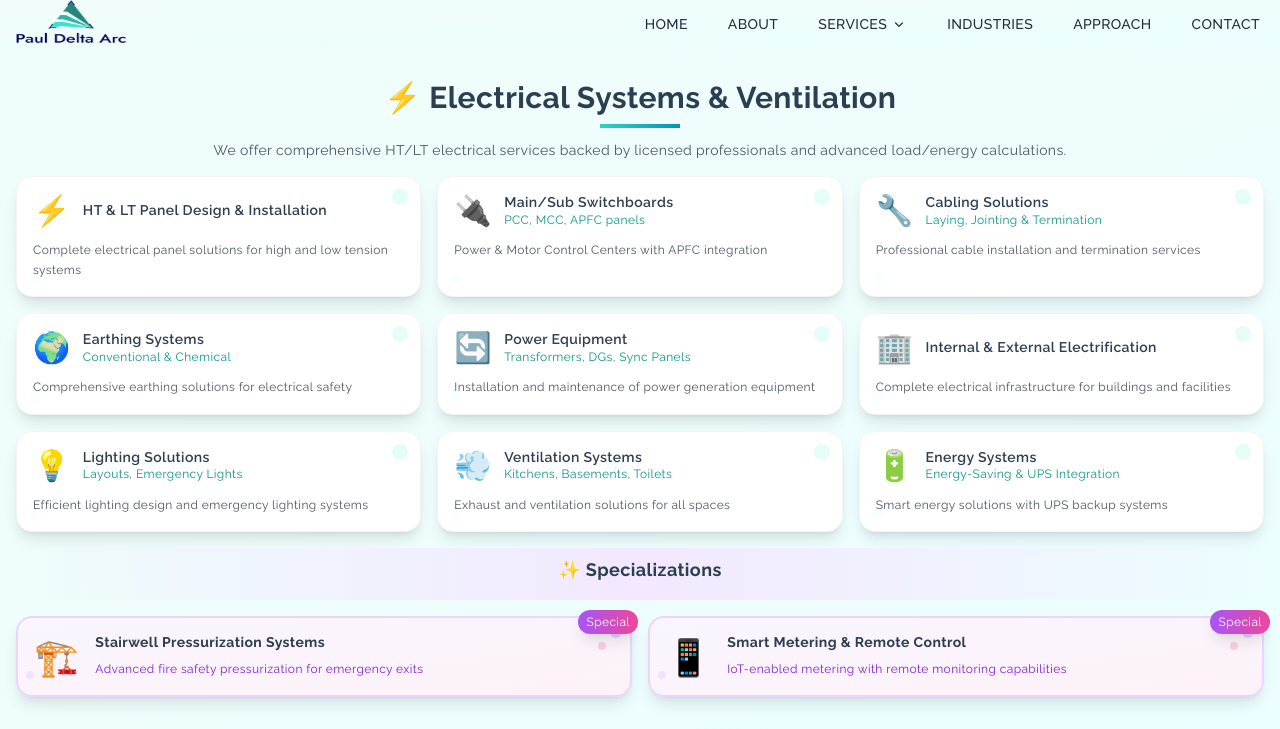
Repository: AnupriyaBiswas/PaulDeltaArc
Page: /ElectricalSystemsVentilation
These files come from the project's save history. The page is drawn as it stood at one moment and after the next save; the edit follows.
The browser window is 1280 px wide. The pictures show the whole page.
The project was rebuilt for these pictures with package versions that can differ from the ones it lists, and the page was loaded fresh each time. The framework's server and built-in components were replaced by stand-ins that run in the browser. Also part of the build but not shown: next.config.js.

Above is the page before, as saved 2025-07-07 19:11:22.

### pages/ElectricalSystemsVentilation.jsx
import React, { useState, useEffect } from 'react';

const ElectricalSystemsVentilation = () => {
  const [hasMounted, setHasMounted] = useState(false);

  useEffect(() => {
    setHasMounted(true);
  }, []);

  if (!hasMounted) return null;

  const scopeServices = [
    { icon: "⚡", title: "HT & LT Panel Design & Installation", description: "Complete electrical panel solutions for high and low tension systems" },
    { icon: "🔌", title: "Main/Sub Switchboards", subtitle: "PCC, MCC, APFC panels", description: "Power & Motor Control Centers with APFC integration" },
    { icon: "🔧", title: "Cabling Solutions", subtitle: "Laying, Jointing & Termination", description: "Professional cable installation and termination services" },
    { icon: "🌍", title: "Earthing Systems", subtitle: "Conventional & Chemical", description: "Comprehensive earthing solutions for electrical safety" },
    { icon: "🔄", title: "Power Equipment", subtitle: "Transformers, DGs, Sync Panels", description: "Installation and maintenance of power generation equipment" },
    { icon: "🏢", title: "Internal & External Electrification", description: "Complete electrical infrastructure for buildings and facilities" },
    { icon: "💡", title: "Lighting Solutions", subtitle: "Layouts, Emergency Lights", description: "Efficient lighting design and emergency lighting systems" },
    { icon: "💨", title: "Ventilation Systems", subtitle: "Kitchens, Basements, Toilets", description: "Exhaust and ventilation solutions for all spaces" },
    { icon: "🔋", title: "Energy Systems", subtitle: "Energy-Saving & UPS Integration", description: "Smart energy solutions with UPS backup systems" }
  ];

  const specializations = [
    { icon: "🏗️", title: "Stairwell Pressurization Systems", description: "Advanced fire safety pressurization for emergency exits" },
    { icon: "📱", title: "Smart Metering & Remote Control", description: "IoT-enabled metering with remote monitoring capabilities" }
  ];

  return (
    <div id='electrical-systems-ventilation' className='w-full bg-gradient-to-br from-teal-50 to-cyan-50 py-4 min-h-screen flex items-center' style={{paddingTop: '80px'}}>
      <div className='max-w-[1400px] mx-auto px-4 w-full'>
        {/* Header Section */}
        <div className='text-center mb-4'>
          <h2 className='text-3xl font-bold text-[#2c3e50] mb-2'>
            ⚡ Electrical Systems & Ventilation
          </h2>
          <div className='w-20 h-1 bg-gradient-to-r from-teal-400 to-cyan-600 mx-auto mb-3'></div>
          <p className='text-gray-600 text-sm max-w-5xl mx-auto'>
            We offer comprehensive HT/LT electrical services backed by licensed professionals and advanced load/energy calculations.
          </p>
        </div>

        {/* Main Services Section */}
        <div className='mb-4'>
          <div className='grid grid-cols-1 md:grid-cols-2 lg:grid-cols-3 gap-4'>
            {scopeServices.map((service, index) => (
              <div
                key={index}
                className='group relative bg-white p-4 rounded-2xl shadow-lg hover:shadow-2xl transition-all duration-300 transform hover:-translate-y-2 border border-gray-100 min-w-[280px]'
              >
                {/* Background gradient on hover */}
                <div className='absolute inset-0 bg-gradient-to-br from-teal-400 to-cyan-600 rounded-2xl opacity-0 group-hover:opacity-100 transition-opacity duration-300'></div>

                {/* Content */}
                <div className='relative z-10'>
                  <div className='flex items-center mb-3'>
                    <div className='text-3xl mr-3 group-hover:scale-110 transition-transform duration-300'>
                      {service.icon}
                    </div>
                    <div>
                      <h3 className='text-sm font-semibold text-[#2c3e50] group-hover:text-white transition-colors duration-300 leading-tight'>
                        {service.title}
                      </h3>
                      {service.subtitle && (
                        <p className='text-xs text-teal-600 group-hover:text-teal-100 transition-colors duration-300'>
                          {service.subtitle}
                        </p>
                      )}
                    </div>
                  </div>

                  <p className='text-xs text-gray-600 group-hover:text-gray-100 transition-colors duration-300 leading-relaxed'>
                    {service.description}
                  </p>
                </div>

                {/* Decorative elements */}
                <div className='absolute top-3 right-3 w-4 h-4 bg-teal-100 rounded-full opacity-50 group-hover:opacity-0 transition-opacity duration-300'></div>
                <div className='absolute bottom-3 left-3 w-3 h-3 bg-cyan-50 rounded-full opacity-30 group-hover:opacity-0 transition-opacity duration-300'></div>
              </div>
            ))}
          </div>
        </div>

        {/* Specializations Section - Special Style */}
        <div className='mb-4'>
          {/* Special Header with Enhanced Styling */}
          <div className='text-center mb-4 relative'>
            <div className='absolute inset-0 bg-gradient-to-r from-transparent via-purple-100 to-transparent h-full'></div>
            <div className='relative z-10 py-2'>
              <h3 className='text-lg font-bold text-[#2c3e50] mb-2'>
                ✨ Specializations
              </h3>
            </div>
          </div>

          {/* Horizontal Layout for Specializations */}
          <div className='grid grid-cols-1 md:grid-cols-2 gap-4'>
            {specializations.map((spec, index) => (
              <div
                key={index}
                className='group relative bg-gradient-to-br from-purple-50 to-pink-50 p-4 rounded-2xl shadow-lg hover:shadow-2xl transition-all duration-500 transform hover:-translate-y-2 border-2 border-purple-200 hover:border-purple-300'
              >
                {/* Animated Background */}
                <div className='absolute inset-0 bg-gradient-to-br from-purple-500 to-pink-500 rounded-2xl opacity-0 group-hover:opacity-100 transition-opacity duration-500'></div>

                {/* Sparkle Effects */}
                <div className='absolute top-2 right-2 w-3 h-3 bg-purple-300 rounded-full opacity-70 group-hover:opacity-0 transition-opacity duration-300 animate-pulse'></div>
                <div className='absolute top-6 right-6 w-2 h-2 bg-pink-300 rounded-full opacity-50 group-hover:opacity-0 transition-opacity duration-300 animate-pulse' style={{animationDelay: '0.5s'}}></div>
                <div className='absolute bottom-4 left-2 w-2 h-2 bg-purple-200 rounded-full opacity-60 group-hover:opacity-0 transition-opacity duration-300 animate-pulse' style={{animationDelay: '1s'}}></div>

                {/* Content */}
                <div className='relative z-10 flex items-center'>
                  <div className='text-4xl mr-4 group-hover:scale-110 transition-transform duration-500 filter group-hover:drop-shadow-lg'>
                    {spec.icon}
                  </div>
                  <div className='flex-1'>
                    <h3 className='text-sm font-bold text-[#2c3e50] group-hover:text-white transition-colors duration-300 mb-2 leading-tight'>
                      {spec.title}
                    </h3>
                    <p className='text-xs text-purple-700 group-hover:text-purple-100 transition-colors duration-300 leading-relaxed'>
                      {spec.description}
                    </p>
                  </div>
                </div>

                {/* Special Badge */}
                <div className='absolute -top-2 -right-2 bg-gradient-to-r from-purple-500 to-pink-500 text-white text-xs px-2 py-1 rounded-full shadow-lg group-hover:scale-110 transition-transform duration-300'>
                  Special
                </div>
              </div>
            ))}
          </div>
        </div>
      </div>
    </div>
  );
};

export default ElectricalSystemsVentilation;

### components/Navbar.jsx
import Image from 'next/image';
import Link from 'next/link';
import React, { useState, useEffect } from 'react';
import { AiOutlineClose, AiOutlineMail, AiOutlineMenu } from 'react-icons/ai';
import { FaGithub, FaLinkedinIn } from 'react-icons/fa';
import { BsFillPersonLinesFill } from 'react-icons/bs';
import { ChevronDownIcon } from '@heroicons/react/20/solid';

import NavLogo from '../public/assets/mainLogo.png';

const Navbar = () => {
  const [nav, setNav] = useState(false);
  const [shadow, setShadow] = useState(false);
  const [linkColor, setLinkColor] = useState('#1f2937');
  const [dropdownOpen, setDropdownOpen] = useState(false);
  const [mobileDropdownOpen, setMobileDropdownOpen] = useState(false);

  const handleNav = () => {
    setNav(!nav);
  };

  useEffect(() => {
    const handleShadow = () => {
      if (window.scrollY >= 90) {
        setShadow(true);
      } else {
        setShadow(false);
      }
    };
    window.addEventListener('scroll', handleShadow);
  }, []);

  const services = [
    { name: 'Fire Protection & Detection Systems', link: '/#fire-protection-systems' },
    { name: 'Electrical Systems & Ventilation', link: '/#electrical-systems-ventilation' },
    { name: 'Plumbing & Public Health Engineering', link: '/#plumbing-public-health' },
    { name: 'Building Automation & Smart Controls', link: '/#building-automation' },
    { name: 'Surveillance, Intercom & Access Control', link: '/#surveillance-intercom-access-control' },
    { name: 'Annual Maintenance Contracts', link: '/#annual-maintenance-contracts' },
  ];

  return (
    <div
      className={
        shadow
          ? 'fixed w-full h-12 shadow-2xl z-[100] ease-in-out duration-300 bg-gradient-to-br from-teal-50 to-cyan-50 bg-opacity-90 backdrop-blur-sm border-b border-gray-100'
          : 'fixed w-full h-12 z-[100] bg-gradient-to-br from-teal-50 to-cyan-50 bg-opacity-90 backdrop-blur-sm border-b border-gray-50'
      }
    >
      <div className='flex justify-between items-center w-full h-full px-4 2xl:px-16'>
        <Link href='/'>
          <a className='hover:scale-105 transition-transform duration-300'>
            <Image
              src={NavLogo}
              alt='Logo'
              width='110'
              height='47'
              className='cursor-pointer'
            />
          </a>
        </Link>

        {/* Desktop Menu */}
        <div>
          <ul style={{ color: `${linkColor}` }} className='hidden md:flex items-center'>
            <li className='ml-8 text-sm font-medium uppercase hover:text-teal-600 transition-colors duration-300'>
              <Link href='/'>
                <a className='py-2 px-1 relative group'>
                  Home
                  <span className='absolute bottom-0 left-0 w-0 h-0.5 bg-teal-600 transition-all duration-300 group-hover:w-full'></span>
                </a>
              </Link>
            </li>
            <li className='ml-8 text-sm font-medium uppercase hover:text-teal-600 transition-colors duration-300'>
              <Link href='/#about'>
                <a className='py-2 px-1 relative group'>
                  About
                  <span className='absolute bottom-0 left-0 w-0 h-0.5 bg-teal-600 transition-all duration-300 group-hover:w-full'></span>
                </a>
              </Link>
            </li>

            {/* Dropdown */}
            <li
              className='ml-8 text-sm font-medium uppercase relative group cursor-pointer'
              onMouseEnter={() => setDropdownOpen(true)}
              onMouseLeave={() => setDropdownOpen(false)}
            >
              <div className='flex items-center gap-1 py-2 px-1 hover:text-teal-600 transition-colors duration-300 relative group'>
                Services
                <ChevronDownIcon className={`w-4 h-4 transition-transform duration-300 ${dropdownOpen ? 'rotate-180' : ''}`} />
                <span className='absolute bottom-0 left-0 w-0 h-0.5 bg-teal-600 transition-all duration-300 group-hover:w-full'></span>
              </div>

              {/* Dropdown Menu */}
              <div
                className={`absolute top-full left-0 mt-2 w-80 bg-white shadow-xl rounded-xl overflow-hidden text-gray-800 z-50 border border-gray-100 transition-all duration-300 ${
                  dropdownOpen ? 'opacity-100 translate-y-0 visible' : 'opacity-0 -translate-y-2 invisible'
                }`}
                onMouseEnter={() => setDropdownOpen(true)}
                onMouseLeave={() => setDropdownOpen(false)}
              >
                <div className='py-2'>
                  {services.map((item, idx) => (
                    <Link href={item.link} key={idx}>
                      <a className='block px-6 py-3 hover:bg-gradient-to-r hover:from-teal-50 hover:to-cyan-50 hover:text-teal-700 transition-all duration-300 text-sm font-medium border-b border-gray-50 last:border-b-0'>
                        {item.name}
                      </a>
                    </Link>
                  ))}
                </div>
              </div>
            </li>

            <li className='ml-8 text-sm font-medium uppercase hover:text-teal-600 transition-colors duration-300'>
              <Link href='/#industries-we-serve'>
                <a className='py-2 px-1 relative group'>
                  Industries
                  <span className='absolute bottom-0 left-0 w-0 h-0.5 bg-teal-600 transition-all duration-300 group-hover:w-full'></span>
                </a>
              </Link>
            </li>
            <li className='ml-8 text-sm font-medium uppercase hover:text-teal-600 transition-colors duration-300'>
              <Link href='/#approach'>
                <a className='py-2 px-1 relative group'>
                  Approach
                  <span className='absolute bottom-0 left-0 w-0 h-0.5 bg-teal-600 transition-all duration-300 group-hover:w-full'></span>
                </a>
              </Link>
            </li>
            <li className='ml-8 text-sm font-medium uppercase hover:text-teal-600 transition-colors duration-300'>
              <Link href='/#contact'>
                <a className='py-2 px-1 relative group'>
                  Contact
                  <span className='absolute bottom-0 left-0 w-0 h-0.5 bg-teal-600 transition-all duration-300 group-hover:w-full'></span>
                </a>
              </Link>
            </li>
          </ul>

          {/* Hamburger */}
          <div
            style={{ color: `${linkColor}` }}
            onClick={handleNav}
            className='md:hidden p-2 rounded-lg hover:bg-gray-100 transition-colors duration-300'
          >
            <AiOutlineMenu size={28} />
          </div>
        </div>
      </div>

      {/* Mobile Menu Overlay */}
      <div className={nav ? 'md:hidden fixed left-0 top-0 w-full h-screen bg-black/70 z-50' : ''}>
        {/* Side Drawer */}
        <div
          className={
            nav
              ? 'fixed left-0 top-0 w-[85%] sm:w-[70%] md:w-[50%] h-screen bg-white p-8 ease-in duration-500 shadow-2xl'
              : 'fixed left-[-100%] top-0 p-8 ease-in duration-500'
          }
        >
          <div>
            <div className='flex w-full items-center justify-between'>
              <Link href='/'>
                <a>
                  <Image src={NavLogo} width='100' height='40' alt='Logo' />
                </a>
              </Link>
              <div
                onClick={handleNav}
                className='rounded-full shadow-lg shadow-gray-400 p-3 cursor-pointer hover:scale-105 hover:shadow-xl transition-all duration-300'
              >
                <AiOutlineClose />
              </div>
            </div>
            <div className='border-b border-gray-200 my-6'>
              <p className='w-[85%] md:w-[90%] py-4 text-gray-600 font-medium'>
                Let&#39;s build something legendary together
              </p>
            </div>
          </div>

          <div className='py-4 flex flex-col'>
            <ul className='uppercase'>
              <Link href='/'>
                <li onClick={() => setNav(false)} className='py-4 text-sm font-medium hover:text-teal-600 transition-colors duration-300 border-b border-gray-100 cursor-pointer'>
                  Home
                </li>
              </Link>
              <Link href='/#about'>
                <li onClick={() => setNav(false)} className='py-4 text-sm font-medium hover:text-teal-600 transition-colors duration-300 border-b border-gray-100 cursor-pointer'>
                  About
                </li>
              </Link>

              {/* Mobile Dropdown */}
              <li
                onClick={() => setMobileDropdownOpen(!mobileDropdownOpen)}
                className='py-4 text-sm font-medium hover:text-teal-600 transition-colors duration-300 border-b border-gray-100 cursor-pointer flex items-center justify-between'
              >
                Services
                <span className={`transform transition-transform duration-300 ${mobileDropdownOpen ? 'rotate-180' : ''}`}>
                  ▼
                </span>
              </li>
              {mobileDropdownOpen && (
                <ul className='pl-4 text-sm bg-gray-50 rounded-lg mx-2 mb-2'>
                  {services.map((item, idx) => (
                    <Link href={item.link} key={idx}>
                      <li onClick={() => setNav(false)} className='py-3 px-4 hover:text-teal-600 transition-colors duration-300 border-b border-gray-200 last:border-b-0 cursor-pointer font-medium'>
                        {item.name}
                      </li>
                    </Link>
                  ))}
                </ul>
              )}

              <Link href='/#industries-we-serve'>
                <li onClick={() => setNav(false)} className='py-4 text-sm font-medium hover:text-teal-600 transition-colors duration-300 border-b border-gray-100 cursor-pointer'>
                  Industries
                </li>
              </Link>
              <Link href='/#approach'>
                <li onClick={() => setNav(false)} className='py-4 text-sm font-medium hover:text-teal-600 transition-colors duration-300 border-b border-gray-100 cursor-pointer'>
                  Approach
                </li>
              </Link>
              <Link href='/#contact'>
                <li onClick={() => setNav(false)} className='py-4 text-sm font-medium hover:text-teal-600 transition-colors duration-300 border-b border-gray-100 cursor-pointer'>
                  Contact
                </li>
              </Link>
            </ul>

            {/* Social Icons */}
            <div className='pt-16'>
              <p className='uppercase tracking-widest text-teal-600 font-semibold text-sm'>Let&#39;s Connect</p>
              <div className='flex items-center justify-between my-6 w-full sm:w-[80%]'>
                <a href='https://www.linkedin.com/in/sumanitian/' target='_blank' rel='noreferrer'>
                  <div className='rounded-full shadow-lg shadow-gray-400 p-4 cursor-pointer hover:scale-110 hover:shadow-xl transition-all duration-300 bg-gradient-to-br from-blue-500 to-blue-600 text-white'>
                    <FaLinkedinIn size={18} />
                  </div>
                </a>
                <a href='https://github.com/sumanitian' target='_blank' rel='noreferrer'>
                  <div className='rounded-full shadow-lg shadow-gray-400 p-4 cursor-pointer hover:scale-110 hover:shadow-xl transition-all duration-300 bg-gradient-to-br from-gray-700 to-gray-800 text-white'>
                    <FaGithub size={18} />
                  </div>
                </a>
                <Link href='/#contact'>
                  <div onClick={() => setNav(false)} className='rounded-full shadow-lg shadow-gray-400 p-4 cursor-pointer hover:scale-110 hover:shadow-xl transition-all duration-300 bg-gradient-to-br from-teal-500 to-teal-600 text-white'>
                    <AiOutlineMail size={18} />
                  </div>
                </Link>
                <Link href='/resume'>
                  <div onClick={() => setNav(false)} className='rounded-full shadow-lg shadow-gray-400 p-4 cursor-pointer hover:scale-110 hover:shadow-xl transition-all duration-300 bg-gradient-to-br from-purple-500 to-purple-600 text-white'>
                    <BsFillPersonLinesFill size={18} />
                  </div>
                </Link>
              </div>
            </div>
          </div>
        </div>
      </div>
    </div>
  );
};

export default Navbar;

### styles/globals.css
@tailwind base;
@tailwind components;
@tailwind utilities;


@import url('https://fonts.googleapis.com/css2?family=Raleway:wght@100;200;300;400;500;600;700;800;900&display=swap');

html {
  scroll-behavior: smooth;
  font-family: 'Raleway', sans-serif;
}

@layer base {
  body {
    @apply bg-[#ecf0f3] text-[#1f2937] tracking-wide
  }

  h1, h2, h3, h4, h5, h6 {
    @apply font-bold
  }

  h1 {
    @apply text-4xl sm:text-5xl md:text-6xl font-[Raleway]
  }

  h2 {
    @apply text-3xl sm:text-4xl
  }

  li {
    @apply cursor-pointer
  }

  button {
    @apply shadow-xl shadow-gray-400 rounded-xl uppercase bg-gradient-to-r from-[#5651e5] to-[#709dff] text-white
  }
}

Loaded but not shown: pages/_app.js (common file); pages/_document.js (common file); tailwind.config.js (common file)

After the next save:
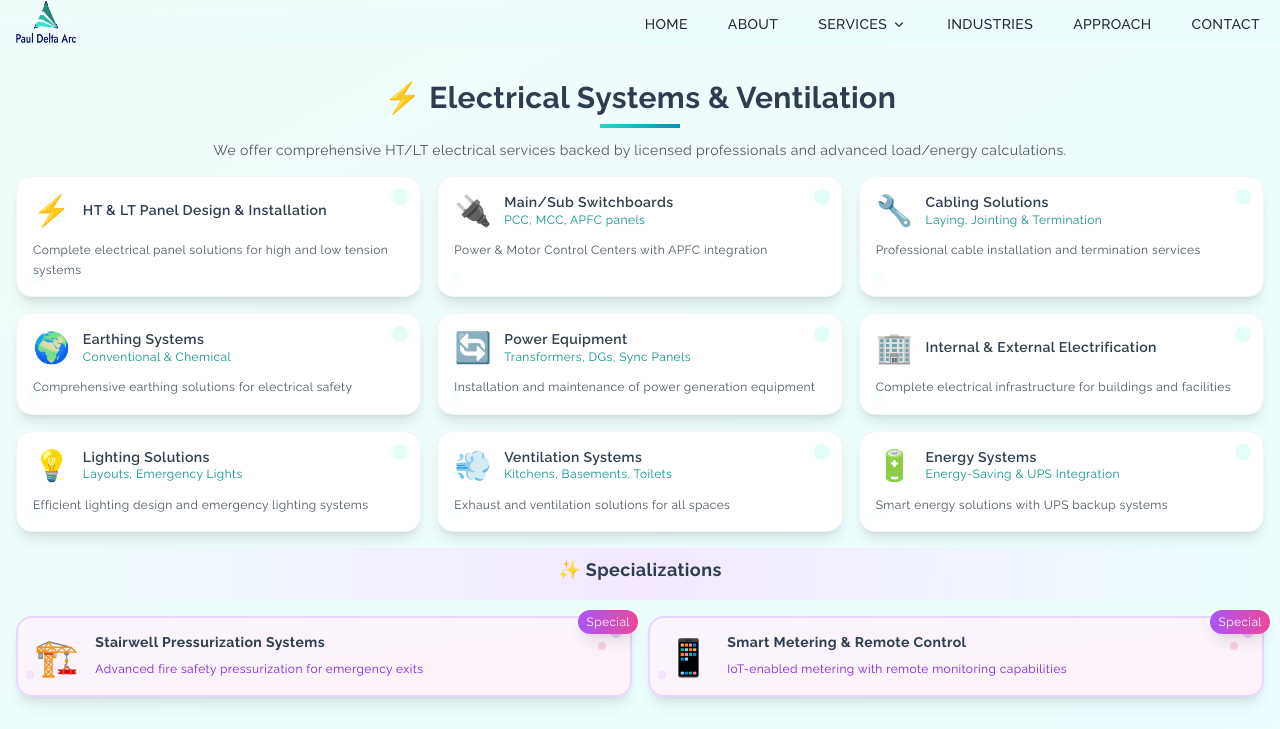
Saved 14 s later.
--- a/components/Navbar.jsx
+++ b/components/Navbar.jsx
@@ -53,7 +53,7 @@ const Navbar = () => {
             <Image
               src={NavLogo}
               alt='Logo'
-              width='110'
+              width='60'
               height='47'
               className='cursor-pointer'
             />
